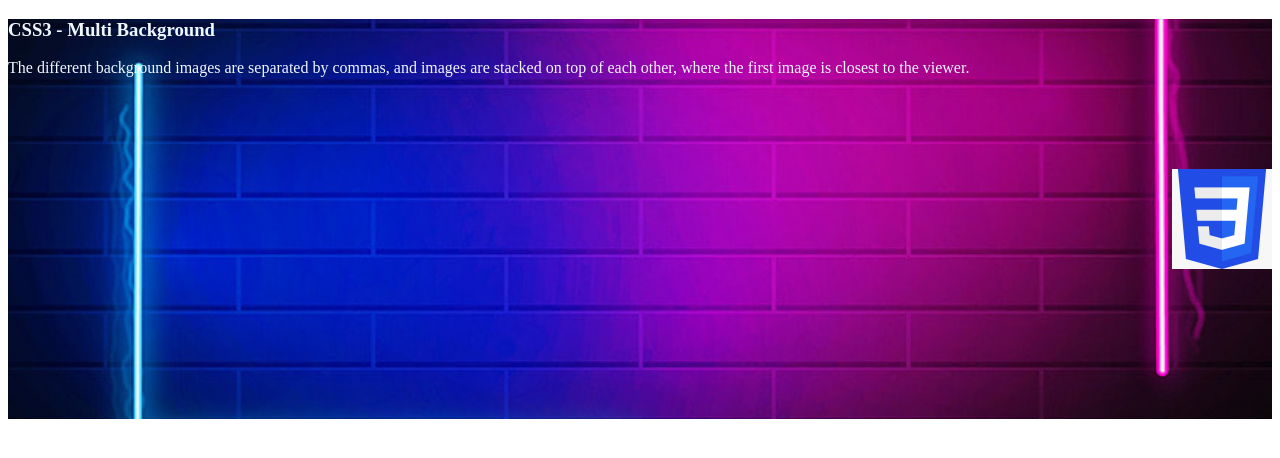
Repository: Pema-yangki/Css
Page: fed.html
An editor plug-in stored every save of this project. The page is shown before and after a run of saves, followed by the edit.
The browser window is 1280 px wide. The pictures show the whole page.

Above is the page before, as saved 2024-03-22 10:51:26.

After the next 2 saves:
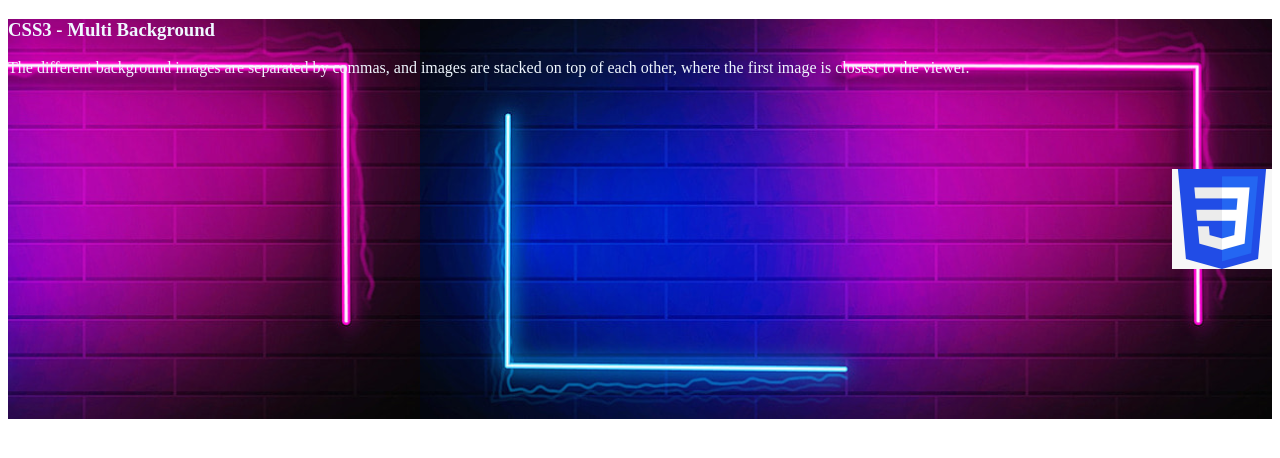
The 2 saves are shown as one change because they came seconds apart.
The last was saved 7 s later.
--- a/fed.html
+++ b/fed.html
@@ -259,7 +259,7 @@ background-color: black;
         background-image: url(feeeee.jpeg), url(cd.jpeg);
         background-position: right;
         background-repeat: no-repeat, repeat;
-        background-size: 100px 100px, cover;
+        background-size: 100px 100px, contain;
         color: aliceblue;
         }
     </style>

After the 2 saves that followed:
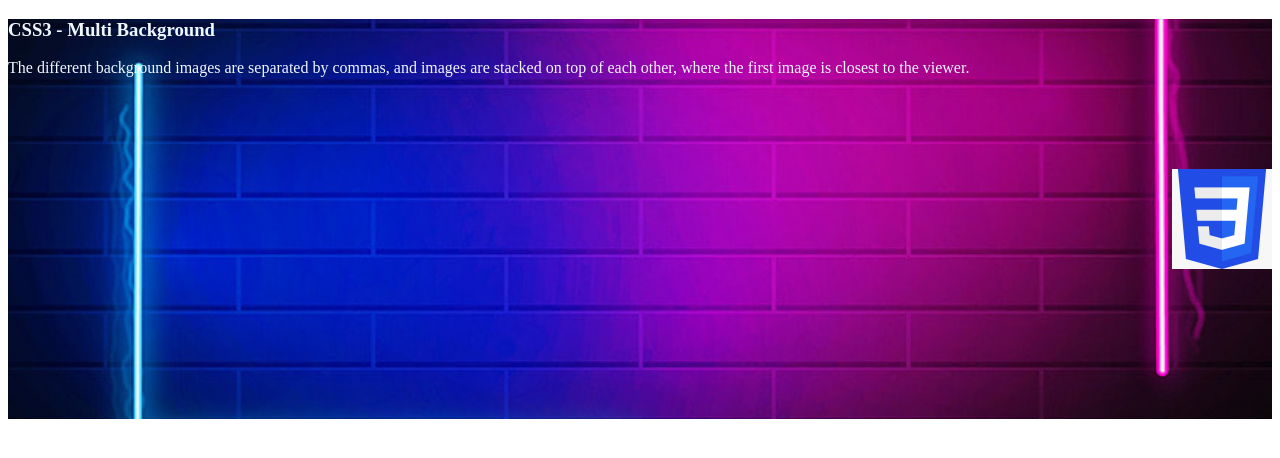
The 2 saves are shown as one change because they came seconds apart.
The last was saved 17 s later.
--- a/fed.html
+++ b/fed.html
@@ -259,7 +259,7 @@ background-color: black;
         background-image: url(feeeee.jpeg), url(cd.jpeg);
         background-position: right;
         background-repeat: no-repeat, repeat;
-        background-size: 100px 100px, contain;
+        background-size: 100px 100px, cover;
         color: aliceblue;
         }
     </style>
